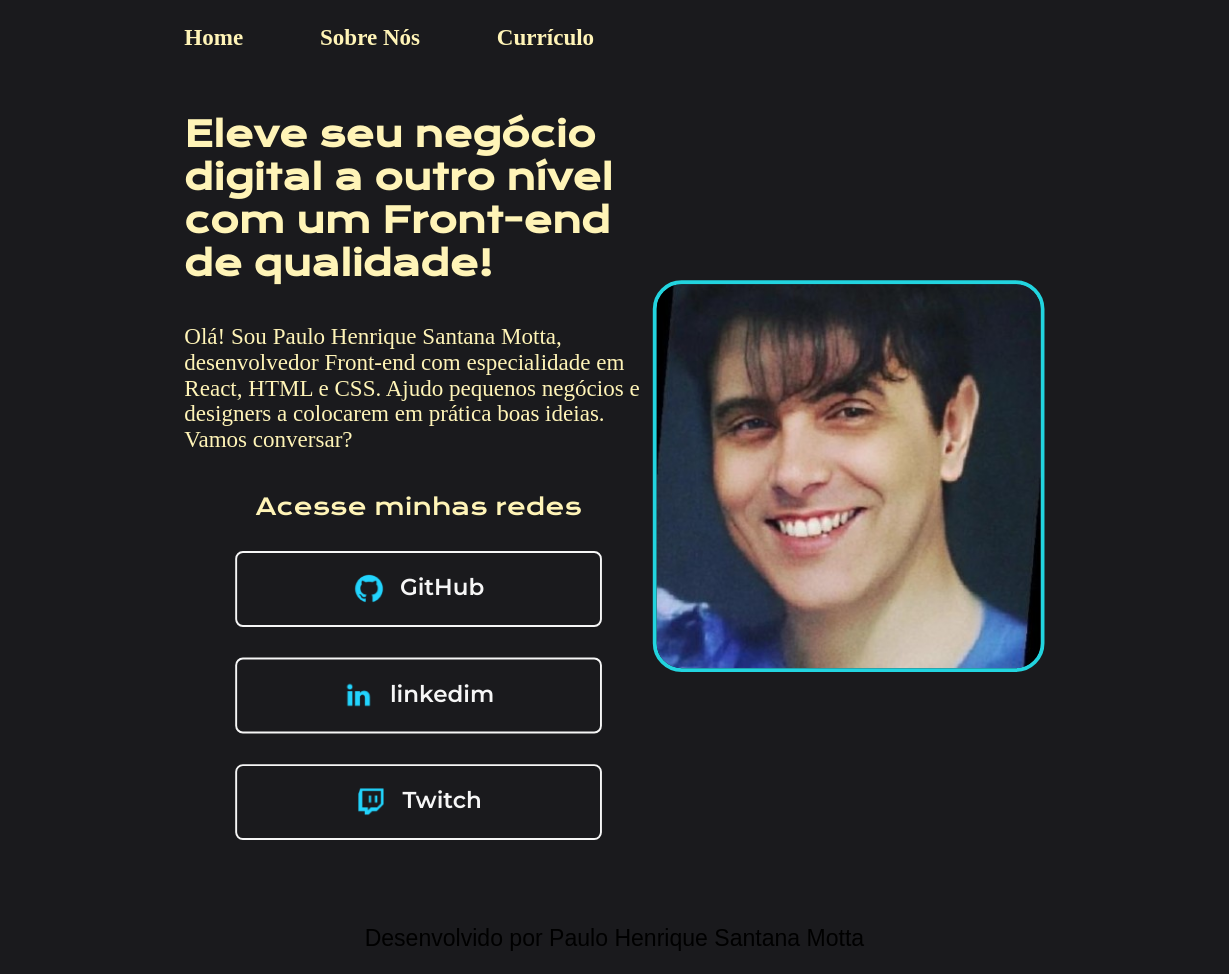
Repository: phsmottanerd/projeto-portfolio-alura
Page: index.html
The author's editor kept a copy of each file at every save. The page is drawn from the files as they stood at one save, then again after the next save.
The browser window is 1280 px wide. The pictures show the whole page, at 96% of full size.

Above is the page before, as saved 2025-01-28 02:13:21.

### index.html
<!DOCTYPE html>
<html lang="pt-br">
  <head>
    <meta charset="UTF-8" />
    <meta http-equiv="X-UA-Compatible" content="IE=edge" />
    <meta name="viewport" content="width=device-width, initial-scale=1.0" />
    <title>Portifolio</title>
    <link rel="stylesheet" href="./estilos/style.css" />
  </head>

  <body>
    <header class="cabecalho">
      <nav class="cabecalho__menu">
        <a class="cabecalho__menu__link" href="index.html">Home</a>
        <a class="cabecalho__menu__link" href="about.html">Sobre Nós</a>
        <a class="cabecalho__menu__link">Currículo</a>
      </nav>
    </header>
    <main class="apresentacao">
      <section class="apresentacao__conteudo">
        <h1 class="apresentacao__conteudo__titulo">
          Eleve seu negócio digital a outro  nível
          <strong class="titulo-destaque"
            >com um Front-end de qualidade!
          </strong>
        </h1>
        <p class="apresentacao__conteudo__texto">
          Olá! Sou Paulo Henrique Santana Motta, desenvolvedor Front-end com especialidade em
          React, HTML e CSS. Ajudo pequenos negócios e designers a colocarem em
          prática boas ideias. Vamos conversar?
        </p>
        <div class="apresentacao__links">
          <h2 class="apresentacao__links__subtitulo">Acesse minhas redes</h2>
          <a
            class="apresentacao__links__link"
            href="https://github.com/phsmottanerd"
          >
            <img src="./img/github.png" />
            GitHub
          </a>
          <a
            class="apresentacao__links__link"
            href="https://linkedim.com/phsmottanerd"
          >
            <img src="./img/linkedin.png" />
            linkedim
          </a>
          <a class="apresentacao__links__link" href="https://.com/phsmottanerd">
            <img src="./img/twitch.png" />
            Twitch
          </a>
        </div>
      </section>
      <img class="img-foto" src="./img/1722867171561.jpg" alt="Paulo Henrique Santana Motta  programandor" />
    </main>
    <footer class="rodape">
      <p>Desenvolvido por Paulo Henrique Santana Motta</p>
    </footer>
  </body>
</html>

### estilos/style.css
@import url("https://fonts.googleapis.com/css2?family=Krona+One&family=Montserrat:wght@400;600&display=swap");

:root {
  --cor-primaria: #1A1A1D;
  --cor-secundaria: #FFF4B7;
  --cor-terciaria:;
  --cor-hover: #1A1A1D;

  --font-primaria: "Krona One", sans-serif;
   --font-secundaria:"Montserrat", sans-serif;


}

* {
  margin: 0;
  padding: 0;
}

body {
  box-sizing: border-box;
  background-color: var(--cor-primaria);
  color: var(--cor-secundaria);
}
.cabecalho {
  padding: 2% 0% 0% 15%;
}
.cabecalho__menu {
  display: flex;
  gap: 80px;
}

.cabecalho__menu__link {
  font-family: var(----font-secundaria);
  font-size: 24px;
  font-weight: 600;
  color: var(--cor-terciaria);
  text-decoration: none;
}

.titulo-destaque {
  color: var(--cor-terciaria);
}

.apresentacao {
  padding: 5% 15%;
  display: flex;
  align-items: center;
  justify-content: space-between;
}
.apresentacao__conteudo {
  width: 615px;
  display: flex;
  flex-direction: column;
  gap: 40px;
}

.apresentacao__conteudo__titulo {
  font-size: 36px;
  font-family: var(--font-primaria);
}

.apresentacao__conteudo__texto {
  font-size: 24px;
  font-family: var(----font-secundaria);
}

.apresentacao__links {
  display: flex;
  flex-direction: column;
  justify-content: space-between;
  align-items: center;
  gap: 32px;
}
.apresentacao__links__subtitulo {
  font-family: "Krona One", sans-serif;
  font-weight: 400;
  font-size: 24px;
}
.apresentacao__links__link {
  /* background-color: #22D4FD; */
  justify-content: center;
  gap: 16px;
  display: flex;
  border: 2px solid var(--cor-terciaria);
  width: 378px;
  text-align: center;
  border-radius: 8px;
  font-size: 24px;
  font-weight: 600;
  padding: 21.5px 0;
  text-decoration: none;
  color: #f6f6f6;
  font-family: "Montserrat", sans-serif;
}
.apresentacao__links__link:hover {
  background-color: var(--cor-hover);
}
.rodape {
  padding: 24px;
  color: #000;
  background-color: var(--cor-terciaria);
  text-align: center;
  font-family: "Montsearrat", sans-serif;
  font-size: 24px;
  font-weight: 400;
}
.img-foto {
  border-radius: 30px;
  border: 4px solid #22d4Df;
  width: 500px;
  heighit: 500px;
}

After the next save:
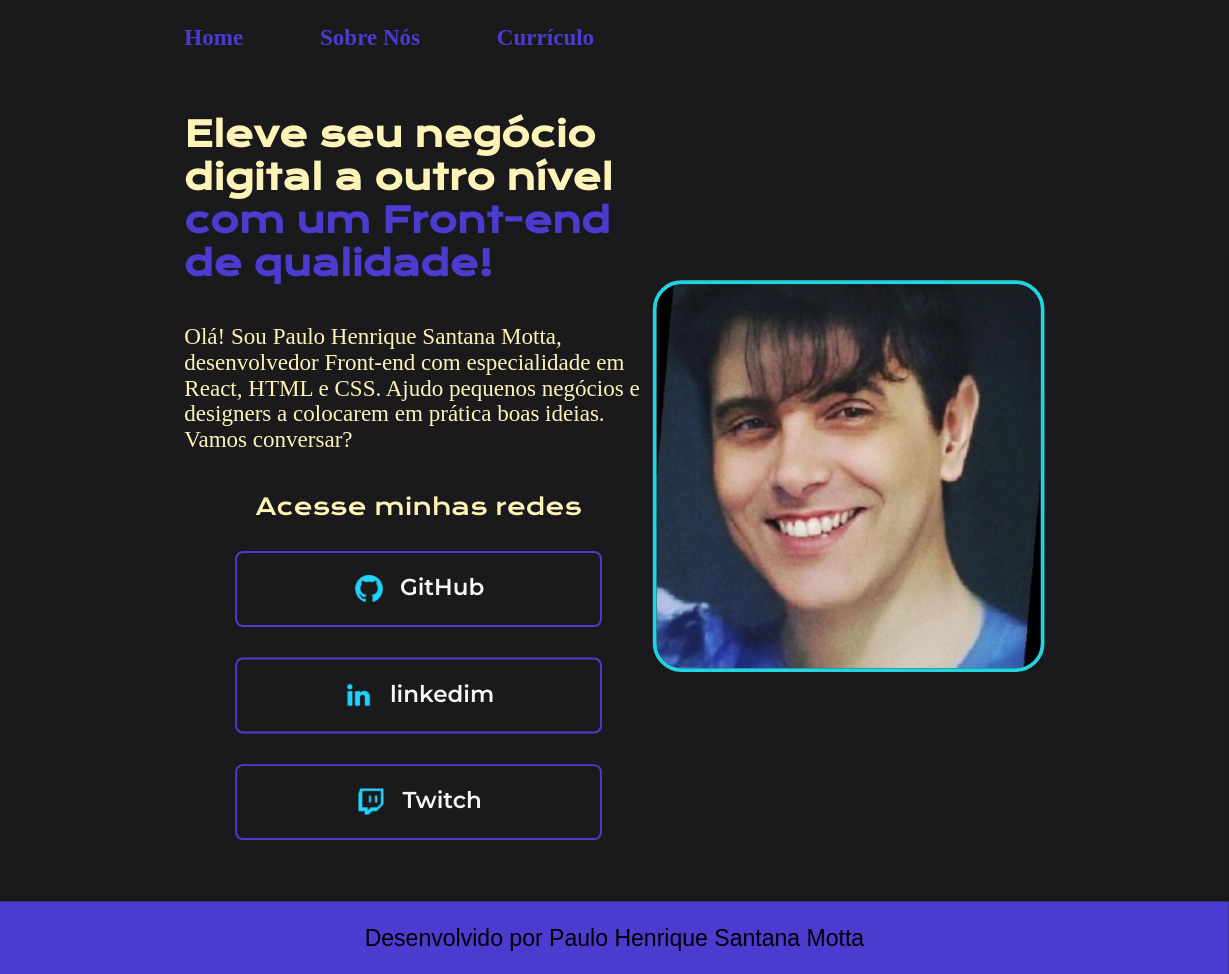
Saved 2 min 10 s later.
--- a/estilos/style.css
+++ b/estilos/style.css
@@ -3,7 +3,7 @@
 :root {
   --cor-primaria: #1A1A1D;
   --cor-secundaria: #FFF4B7;
-  --cor-terciaria:;
+  --cor-terciaria:#4C3BCF;
   --cor-hover: #1A1A1D;
 
   --font-primaria: "Krona One", sans-serif;
